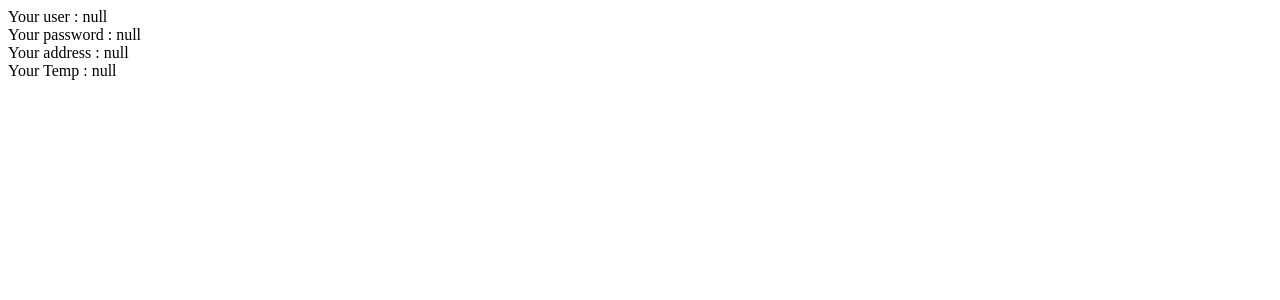
Repository: CuongNhy/Charatypost
Page: http://localhost/DemoWeb/welcome.jsp
The author's editor kept a copy of each file at every save. The page is drawn from the files as they stood at one save, then again after the next save.
The browser window is 1280 px wide. The pictures show the whole page.
The page is served by Tomcat 10.

Above is the page before, as saved 2023-11-20 10:27:57.

After the next save:
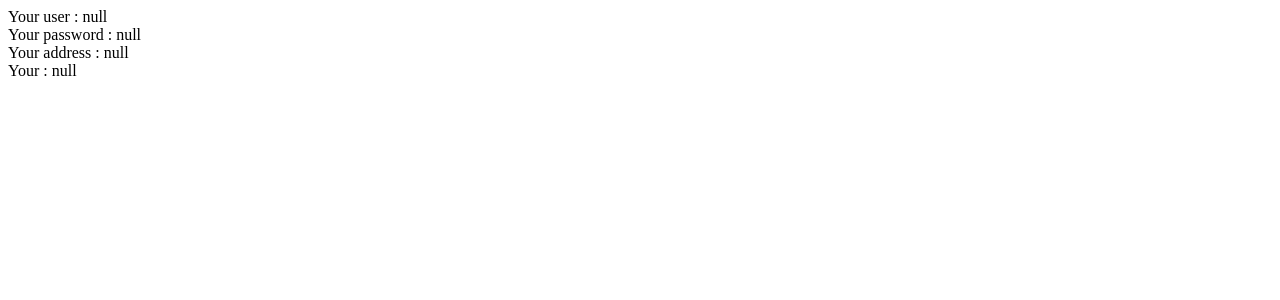
Saved 15 s later.
--- a/DemoWeb/src/main/webapp/welcome.jsp
+++ b/DemoWeb/src/main/webapp/welcome.jsp
@@ -17,6 +17,6 @@
 	<br>
 	Your address : <%= request.getParameter("address") %>
 	<br>
-	Your Temp : <%= temp %>
+	Your : <%= temp %>
 </body>
 </html>
